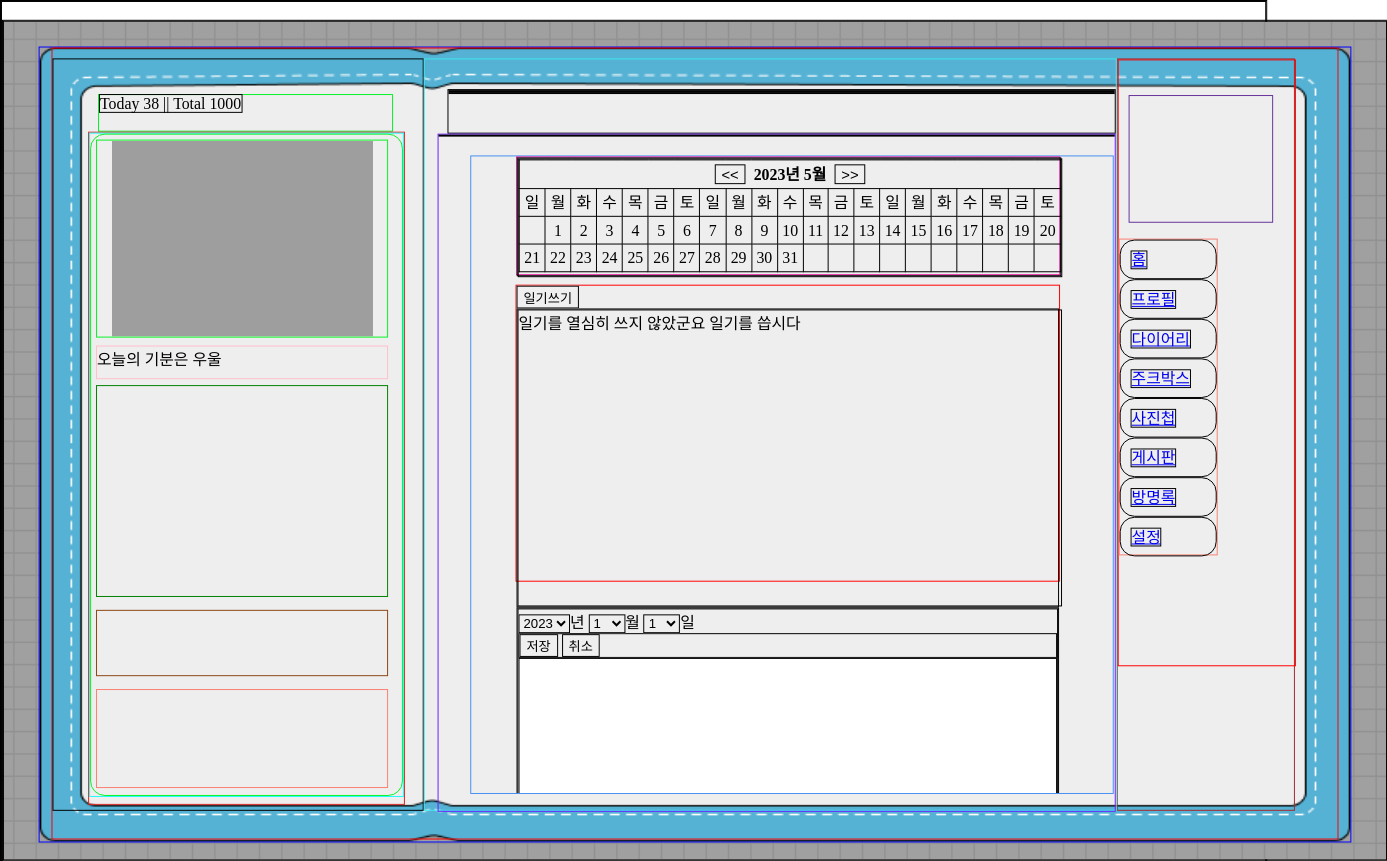
Repository: BBoBBoM/Jsp-workspace
Page: http://localhost/cyworldrenew1/diary.jsp
These files come from the project's save history. The page is drawn as it stood at one moment and after the next save; the edit follows.
The browser window is 1280 px wide. The page is 1401 px wide, so the pictures cover 1401 px, including what lies to the right of the window. The pictures show the whole page, at 99% of full size.
Pictures or frames that could not be fetched are drawn as grey boxes. An inner scrolling area shows only its first screen. The page is served by Tomcat 9. Queries for data that is not in the repository find no rows.

Above is the page before, as saved 2023-06-01 05:18:19.

### cyworldrenew1/src/main/webapp/diary.jsp
<%@ page language="java" contentType="text/html; charset=UTF-8"
	pageEncoding="UTF-8"%>

<%@ page import="java.util.*"%>
<%@ taglib prefix="c" uri="http://java.sun.com/jsp/jstl/core"%>
<%@ taglib prefix="sql" uri="http://java.sun.com/jsp/jstl/sql"%>
<%@ include file="dbconn.jsp"%>

<%
request.setCharacterEncoding("UTF-8");
String user_id = (String) session.getAttribute("sessionId");
PreparedStatement pstmt;
List<String> diary_contents = new ArrayList<>();
List<String> diary_date = new ArrayList<>();
try {
	String sql = "select * from diary where user_id=? order by diary_date DESC; ";
	pstmt = conn.prepareStatement(sql);
	pstmt.setString(1, user_id);
	ResultSet rs = pstmt.executeQuery();
	while (rs.next()) {
		String diary_contents1 = rs.getString("diary_content");
		String diary_date1 = rs.getString("diary_date");
		diary_contents.add(diary_contents1);
		diary_date.add(diary_date1);
	}
} catch (SQLException e) {
	e.printStackTrace();
}

String cyworld_url = "";
String user_mini_subject = "";
String user_miniroom_file = "";
try {
	String sql = "select * from user where user_id=?";
	String sql1 = "select * from profile where user_id=?";
	pstmt = conn.prepareStatement(sql);
	pstmt.setString(1, user_id);
	ResultSet rs = pstmt.executeQuery();
	while (rs.next()) {
		cyworld_url = rs.getString("cyworld_url");
	}
	pstmt = conn.prepareStatement(sql1);
	pstmt.setString(1, user_id); // user_id 값을 설정해야 합니다.
	ResultSet rs1 = pstmt.executeQuery();
	while (rs1.next()) {
		user_mini_subject = rs1.getString("user_mini_subject");
		user_miniroom_file = rs1.getString("user_miniroom_file");

	}

} catch (SQLException e) {
	e.printStackTrace();
}

String user_name = "";
String email = "";
String user_profile_photo = "";
String user_hello_word = "";
try {
	String sql = "select * from user where user_id=?";
	String sql1 = "select * from profile where user_id=?";
	pstmt = conn.prepareStatement(sql);
	pstmt.setString(1, user_id);
	ResultSet rs = pstmt.executeQuery();
	while (rs.next()) {
		user_name = rs.getString("user_name");
		email = rs.getString("email");
	}
	pstmt = conn.prepareStatement(sql1);
	pstmt.setString(1, user_id); // user_id 값을 설정해야 합니다.
	ResultSet rs1 = pstmt.executeQuery();
	while (rs1.next()) {
		user_profile_photo = rs1.getString("user_profile_photo");
		user_hello_word = rs1.getString("user_hello_word");
	}
} catch (SQLException e) {
	e.printStackTrace();
}

try {

	String sql1 = "select * from profile where user_id=?";

	pstmt = conn.prepareStatement(sql1);
	pstmt.setString(1, user_id); // user_id 값을 설정해야 합니다.
	ResultSet rs1 = pstmt.executeQuery();
	while (rs1.next()) {
		user_miniroom_file = rs1.getString("user_miniroom_file");

	}

} catch (SQLException e) {
	e.printStackTrace();
}
%>
<!DOCTYPE html>
<html>
<head>
<meta charset="EUC-KR">
<title>Insert title here</title>
<style>
* {
	margin: 0 auto;
	box-sizing: border-box;
	list-style: none;
	border: 1px solid black;
}

#mini_container {
	width: 1400px;
	height: 850px;
	border: 1px solid;
	position: relative;
}

#mini_background1 {
	width: 100%;
	height: 100%;
	background: url(background/background.png) no-repeat center;
	background-size: cover;
	position: absolute;
}

#mini_background2 {
	width: 95%;
	height: 95%;
	margin-top: 25px;
	border: 1px solid blue;
	background: url(background/outer.png) no-repeat center;
	background-size: cover;
	background-size: 100% 100%;
}

#all_contentsdiv {
	width: 1300px;
	height: 800px;
	border: 1px solid red;
}

#left_contentsborderdiv {
	float: left;
	margin-top: 10px;
	width: 375px;
	border: 1px solid;
	height: 760px;
}

#center_contentsdiv {
	box-sizing: border-box;
	margin-right: 0px;
	width: 700px;
	float: left;
	height: 760px;
	margin-top: 10px;
	border: 1px solid rgb(63, 231, 236);
}

#center_subject {
	margin-left: 23px;
	height: 6%;
	border: 1px solid;
	margin-top: 30px;
}

#left_contents_visitrate {
	margin-left: 45px;
	margin-top: 35px;
	margin-bottom: 0px;
	width: 80%;
	height: 5%;
	border: 1px solid rgb(6, 243, 38);
}

#right_contentsdiv_border {
	width: 180px;
	height: 760px;
	float: left;
	margin: 10px 0px;
	padding: 0px;
	position: relative;
	border: 1px solid brown;
}

#right_contentsdiv {
	width: 180px;
	height: 613px;
	float: left;
	border: 1px solid red;
}

#right_menu {
	width: 100px;
	height: 320px;
	border: 1px solid salmon;
	margin-top: 180px;
	float: left;
}

#right_menu>div {
	padding: 5px;
	height: 40px;
	border-radius: 15px;
}

#right_menu>div>a {
	margin-left: 5px;
	line-height: 30px;
}

#right_music {
	position: absolute;
	margin-left: 10px;
	top: 36px;
	width: 82%;
	height: 17%;
	border: 1px solid rebeccapurple;
}

#left_contentsdiv {
	margin-right: 0px;
	padding: 0px;
	width: 320px;
	margin-left: 35px;
	float: left;
	height: 680px;
	border: 1px solid rgb(219, 34, 34);
}

#left_contentsdiv1 {
	width: 100%;
	height: 99%;
	border: 1px solid rgb(31, 250, 250);
}

#left_contents_userinfo {
	height: 100%;
	border-radius: 15px;
	padding: 5px;
	position: relative;
	border: 1px solid rgb(6, 243, 38);
}

#left_contents_userinfo>div {
	position: absolute;
	width: 94%;
}

#user_profileimg {
	width: 100%;
	height: 30%;
	border: 1px solid rgb(6, 243, 38);
}

#today_feeling {
	height: 5%;
	top: 32%;
	border: 1px solid pink;
}

#myself_introduce {
	height: 32%;
	border: 1px solid green;
	top: 38%;
}

#user_name_email {
	height: 10%;
	top: 72%;
	border: 1px solid saddlebrown;
}

#cousin_select {
	height: 15%;
	top: 84%;
	border: 1px solid salmon;
}

#center_diarycontentsdiv1 {
	box-sizing: border-box;
	width: 650px;
	float: right;
	height: 645px;
	border: 1px solid rgb(70, 144, 241);
	margin-left: 13px;
	margin-top: 20px;
	word-wrap: break-word;
	overflow-y: scroll;
}

#center_diary_contents {
	width: 550px;
	height: 300px;
	border: 1px solid red;
	margin-left: 45px;
	margin-top: 130px;
}

#center_diary_calendar {
	width: 550px;
	height: 120px;
	border: 1px solid rgb(233, 19, 161);
	margin-left: 45px;
	position: fixed;
}

table {
	border-collapse: collapse;
}

td {
	border: 1px solid black;
	line-height: 25px;
	text-align: center;
}

#calendar {
	width: 550px;
	height: 120px;
	border: 1px solid;
}

input {
	height: 20px;
	font-size: 15px;
	margin-bottom: 3px;
}

#wrap {
	width: 550px;
	height: 120px;
}

.center_diary_box {
	width: 550px;
	height: 300px;
}

#center_contentsdiv1 {
	width: 685px;
	float: left;
	height: 685px;
	border: 1px solid rgb(109, 30, 255);
	margin-left: 13px;
}
</style>
</head>
<body>
	<div id="mini_container">
		<div id="mini_background1">
			<div id="mini_background2">
				<div id="all_contentsdiv">
					<div id="left_contentsborderdiv">
						<div id="left_contents_visitrate">
							<label>Today 38 || Total 1000</label>
						</div>

						<div id="left_contentsdiv">
							<div id="left_contentsdiv1">

								<div id="left_contents_userinfo">
									<div id="user_profileimg"
										style="background:url(userprofileimg/<%=user_profile_photo%>) no-repeat center;background-size: contain;">

									</div>
									<div id="today_feeling">오늘의 기분은 우울</div>
									<div id="myself_introduce"><%=user_hello_word%></div>
									<div id="user_name_email">
										<%=user_name%>
										<br><%=email%></div>
									<div id="cousin_select"></div>

								</div>
							</div>


						</div>

					</div>

					<div id="center_contentsdiv">
						<div id="center_subject">
							<p><%=user_mini_subject%></p>
							<p><%=cyworld_url%></p>
						</div>

						<div id="center_contentsdiv1">

							<div id="center_contents">

								<div id="center_diarycontentsdiv1">
									<div id="center_diary_calendar">
										<div id="calendar">
											<div id="wrap">


												<script>
													let date = new Date();
													let currentMonth = date
															.getMonth();

													function prev() {
														date
																.setMonth(date
																		.getMonth() - 1);
														cal();
													}

													function next() {
														date
																.setMonth(date
																		.getMonth() + 1);
														cal();
													}
													function cal() {
														let month = date
																.getMonth();
														let year = date
																.getFullYear();

														let str = "";

														str += "<table>";

														str += "<tr >";
														str += "<th colspan='21' style='width:550px;'>"
																+ "<input type='button' value='<<' onclick='prev()'>"
																+ "&nbsp;"
																+ "&nbsp;"
																+ year
																+ "년 "
																+ (month + 1)
																+ "월"
																+ "&nbsp;"
																+ "&nbsp;"
																+ "<input type='button' value='>>' onclick='next()'>"
																+ "</th>";
														str += "</tr>";

														str += "<tr>";
														str += "<td>일</td>";
														str += "<td>월</td>";
														str += "<td>화</td>";
														str += "<td>수</td>";
														str += "<td>목</td>";
														str += "<td>금</td>";
														str += "<td>토</td>";
														str += "<td>일</td>";
														str += "<td>월</td>";
														str += "<td>화</td>";
														str += "<td>수</td>";
														str += "<td>목</td>";
														str += "<td>금</td>";
														str += "<td>토</td>";
														str += "<td>일</td>";
														str += "<td>월</td>";
														str += "<td>화</td>";
														str += "<td>수</td>";
														str += "<td>목</td>";
														str += "<td>금</td>";
														str += "<td>토</td>";
														str += "</tr>";

														// 이전 달의 마지막 날짜
														let prevMonthLastDate = new Date(
																year, month, 0)
																.getDate();

														// 현재 달의 첫 번째 요일
														let firstDay = new Date(
																year, month, 1)
																.getDay();

														// 현재 달의 마지막 날짜
														let lastDate = new Date(
																year,
																month + 1, 0)
																.getDate();

														let cnt = 1;

														for (let i = 0; i < 2; i++) {
															str += "<tr >";

															for (let j = 0; j < 21; j++) {
																if (i === 0
																		&& j < firstDay) {
																	let prevDate = prevMonthLastDate
																			- firstDay
																			+ j
																			+ 1;
																	str += "<td >"
																			+ " "
																			+ "</td>";
																} else if (cnt <= lastDate) {
																	str += "<td >"
																			+ cnt
																			+ "</td>";
																	cnt++;
																} else {
																	str += "<td >&nbsp;</td>";
																}
															}

															str += "</tr>";
														}

														str += "</table>";

														document
																.getElementById("wrap").innerHTML = str;
													}
													cal();
												</script>
											</div>
										</div>
									</div>
									<div id="center_diary_contents">
										<button onclick="showTextField()">일기쓰기</button>
										<div id="center_diary_contents1">
											<%
											if (!diary_contents.isEmpty()) {
												for (int i = 0; i < diary_contents.size(); i++) {
											%>
											<div class="center_diary_box">
												<%=diary_date.get(i)%>
												<%=diary_contents.get(i)%>
											</div>
											<br> <br>
											<%
											}
											} else {
											%>
											<div class="center_diary_box">일기를 열심히 쓰지 않았군요 일기를 씁시다</div>
											<%
											}
											%>
										</div>
										<div id="center_diary_contents2">
											<form action="add_diary.jsp" method="post">
												<select>
													<option value="2023">2023</option>
													<option value="2022">2022</option>
													<option value="2021">2021</option>
													<option value="2020">2020</option>
													<option value="2019">2019</option>

												</select>년 <select>
													<%
													for (int i = 1; i < 13; i++) {
													%>
													<option value="<%=i%>"><%=i%></option>
													<%
													}
													%>
												</select>월 <select>
													<%
													for (int i = 1; i < 32; i++) {
													%>
													<option value="<%=i%>"><%=i%></option>
													<%
													}
													%>

												</select>일
												<div id="button_div">
<button type="submit">저장</button>
<button>취소</button></div>

												<textarea style="width: 100%; height: 90%;" id="add_diary"
													name="add_diary">

								</textarea>



											</form>
										</div>
									</div>




								</div>



							</div>
						</div>
					</div>
					<div id="right_contentsdiv_border">
						<div id="right_contentsdiv">
							<div id="right_music"></div>
							<div id="right_menu">
								<div>
									<input type="radio" id="home" class="radioG" name="radio1"
										style="display: none;"> <a href="index.jsp"
										target="_parent">홈</a>
								</div>
								<div>
									<input type="radio" id="profile" class="radioG" name="radio1"
										style="display: none;"> <a href="profile.jsp"
										target="_parent">프로필</a>
								</div>
								<div>
									<input type="radio" id="diary" class="radioG" name="radio1"
										style="display: none;"> <a href="diary.jsp"
										target="_parent">다이어리</a>
								</div>
								<div>
									<input type="radio" id="musicbox" class="radioG" name="radio1"
										style="display: none;"> <a href="index.html"
										target="_parent">주크박스</a>
								</div>
								<div>
									<input type="radio" id="photo" class="radioG" name="radio1"
										style="display: none;"> <a target="_parent"
										href="photo.jsp">사진첩</a>
								</div>
								<div>
									<input type="radio" id="board" class="radioG" name="radio1"
										style="display: none;"> <a target="_parent"
										href="index.html">게시판</a>
								</div>
								<div>
									<input type="radio" id="visitboard" class="radioG"
										name="radio1" style="display: none;"> <a
										target="_parent" href="visit_board.jsp">방명록</a>
								</div>
								<div>
									<input type="radio" id="settion" class="radioG" name="radio1"
										style="display: none;"> <a target="_parent"
										href="index.html">설정</a>
								</div>
							</div>
						</div>
					</div>


				</div>
			</div>
		</div>

	</div>
</body>
</html>

### cyworldrenew1/src/main/webapp/dbconn.jsp
<%@ page language="java" contentType="text/html; charset=UTF-8"
	pageEncoding="UTF-8"%>
<%@ page import="java.sql.*"%>
<%
	Connection conn = null;

	try {
		String url = "jdbc:mysql://localhost:3306/cyworld";
		String user = "root";
		String password = "1111";

		Class.forName("com.mysql.jdbc.Driver");
		conn = DriverManager.getConnection(url, user, password);

	} catch (SQLException ex) {
		out.println("데이터베이스 연결이 실패되었습니다.<br>");
		out.println("SQLException: " + ex.getMessage());
	}

%>

After the next save:
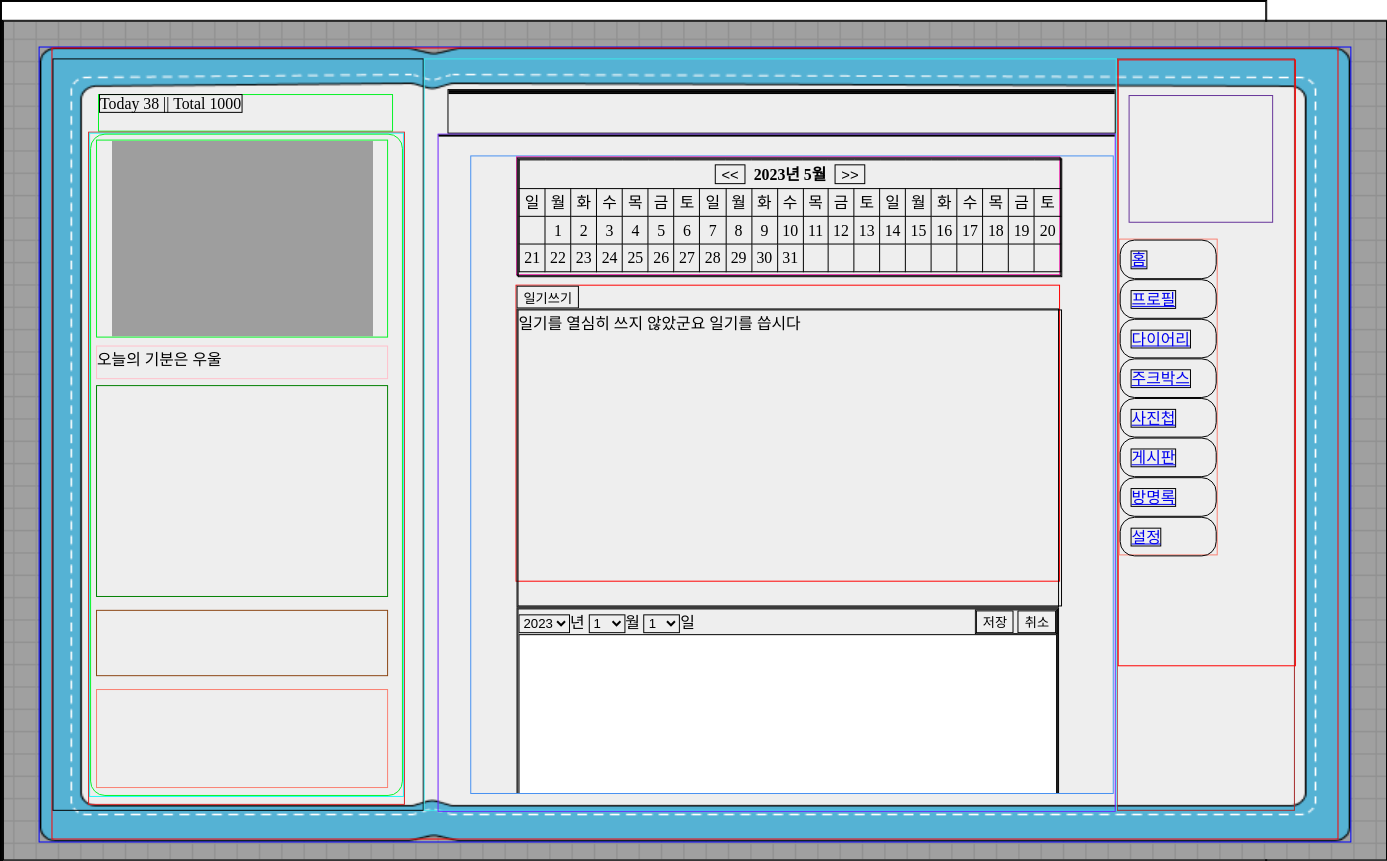
Saved 27 s later.
--- a/cyworldrenew1/src/main/webapp/diary.jsp
+++ b/cyworldrenew1/src/main/webapp/diary.jsp
@@ -562,7 +562,7 @@ input {
 													%>
 
 												</select>일
-												<div id="button_div">
+												<div id="button_div" style="float:right ">
 <button type="submit">저장</button>
 <button>취소</button></div>
 
